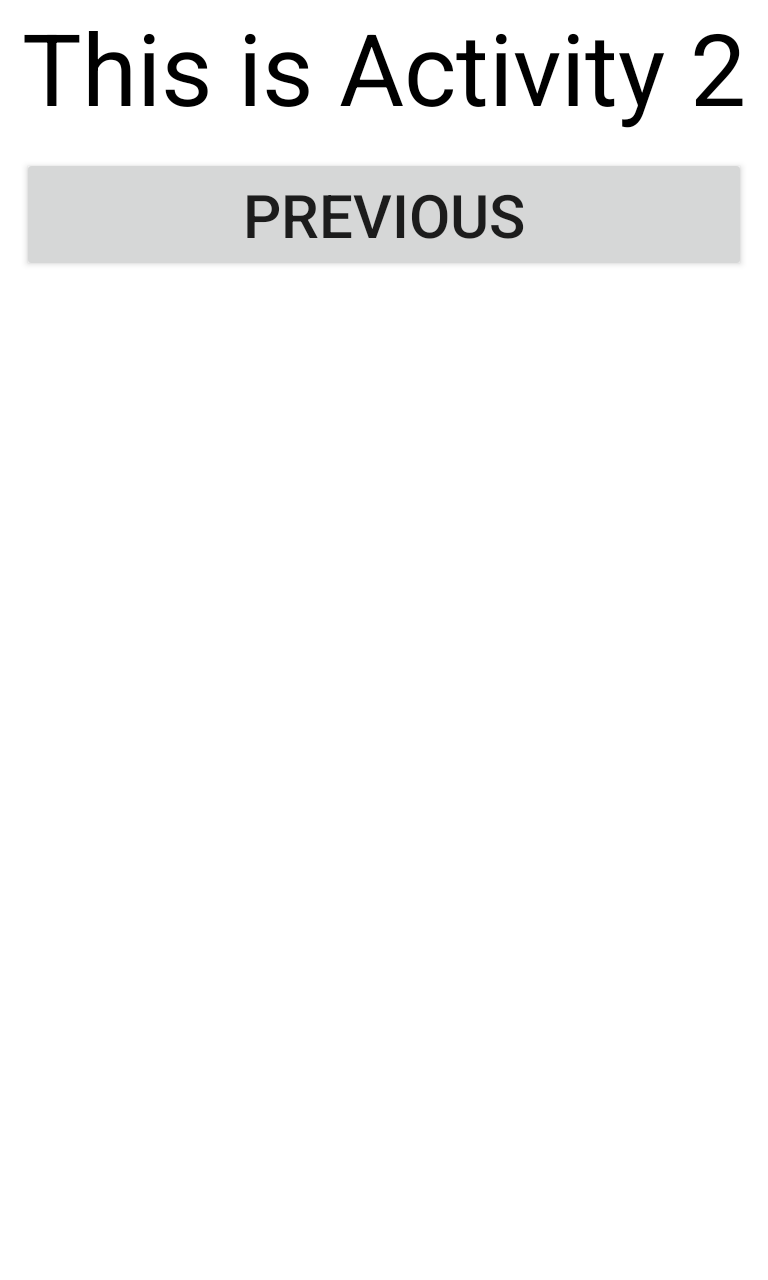
Repository: Stamenov96/NeuralNetowork
Layout: DigitRecognition/res/layout/about.xml
An editor plug-in stored every save of this project. The layout is shown before and after the next save, followed by the edit.
It is drawn on a 768 x 1280 px phone screen (xhdpi) without system bars, with theme AppTheme; the app's code is not run.

Above is the layout before, as saved 2015-02-13 15:29:51.

After the next save:
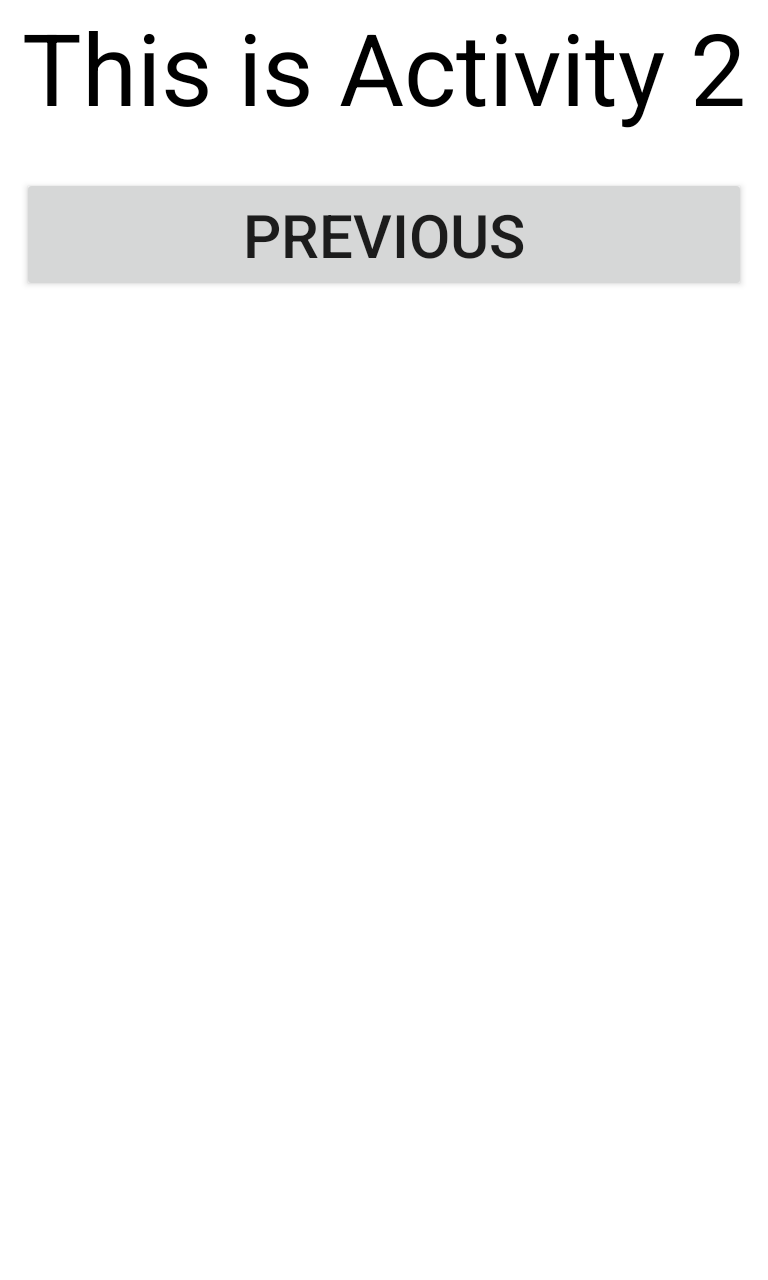
Saved 8 s later.
--- a/DigitRecognition/res/layout/about.xml
+++ b/DigitRecognition/res/layout/about.xml
@@ -19,7 +19,7 @@
         android:layout_height="wrap_content"
         android:layout_marginLeft="10dip"
         android:layout_marginRight="10dip"
-        android:layout_marginTop="10dip"
+        android:layout_marginTop="20dip"
         android:gravity="center_horizontal"
         android:text="Previous"
         android:textSize="30dp" />
